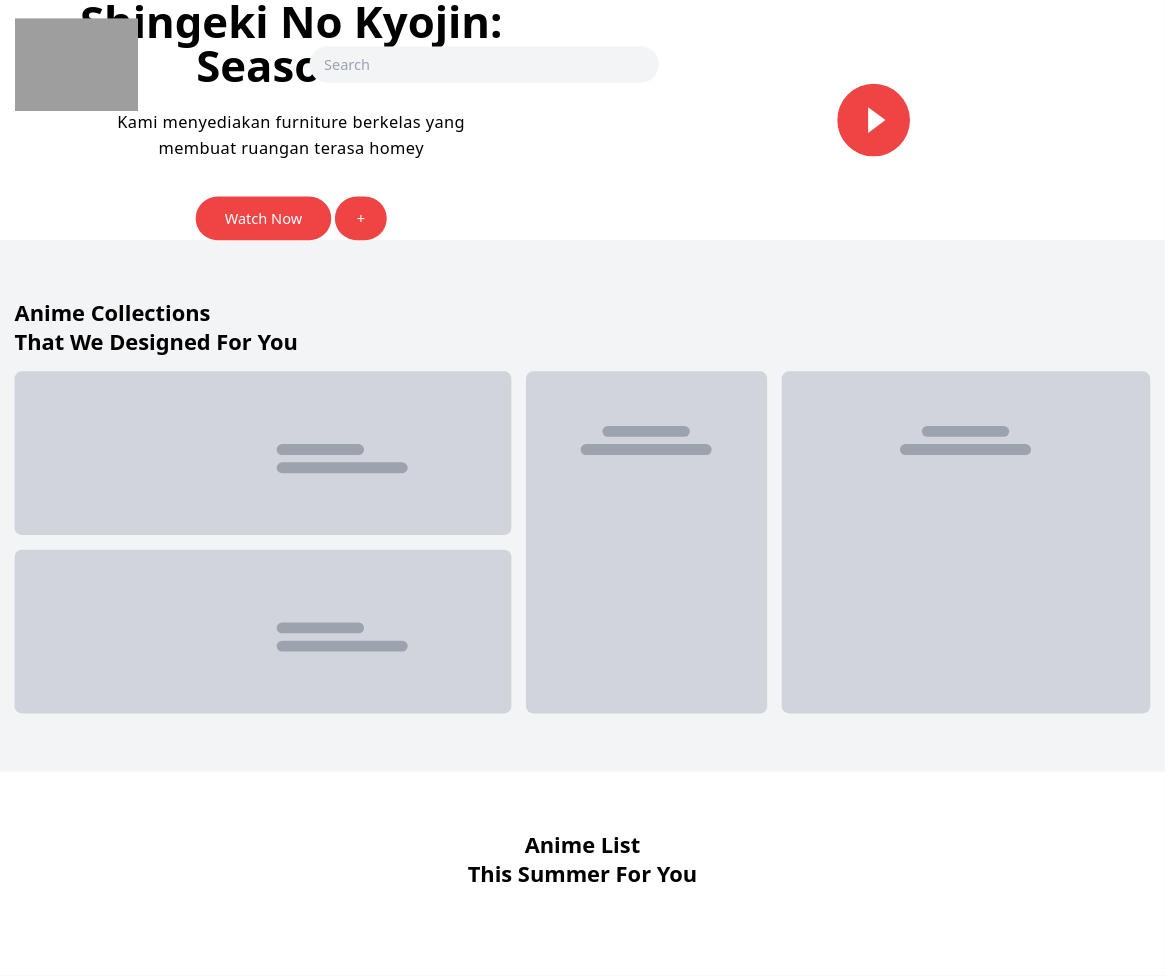
Repository: farrelmuhammad/anime-collections
Page: /
The author's editor kept a copy of each file at every save. The page is drawn from the files as they stood at one save, then again after the next save.
The browser window is 1280 px wide. The pictures show the whole page, at 91% of full size.
Pictures or frames that could not be fetched are drawn as grey boxes. The page's requests for data from a server got no answer. The project was rebuilt for these pictures with package versions that can differ from the ones it lists, and the page was loaded fresh each time. No one was signed in, and anything a server would have sent is missing. Also part of the build but not shown: src/App.css.

Above is the page before, as saved 2023-08-04 00:48:07.

After the next save:
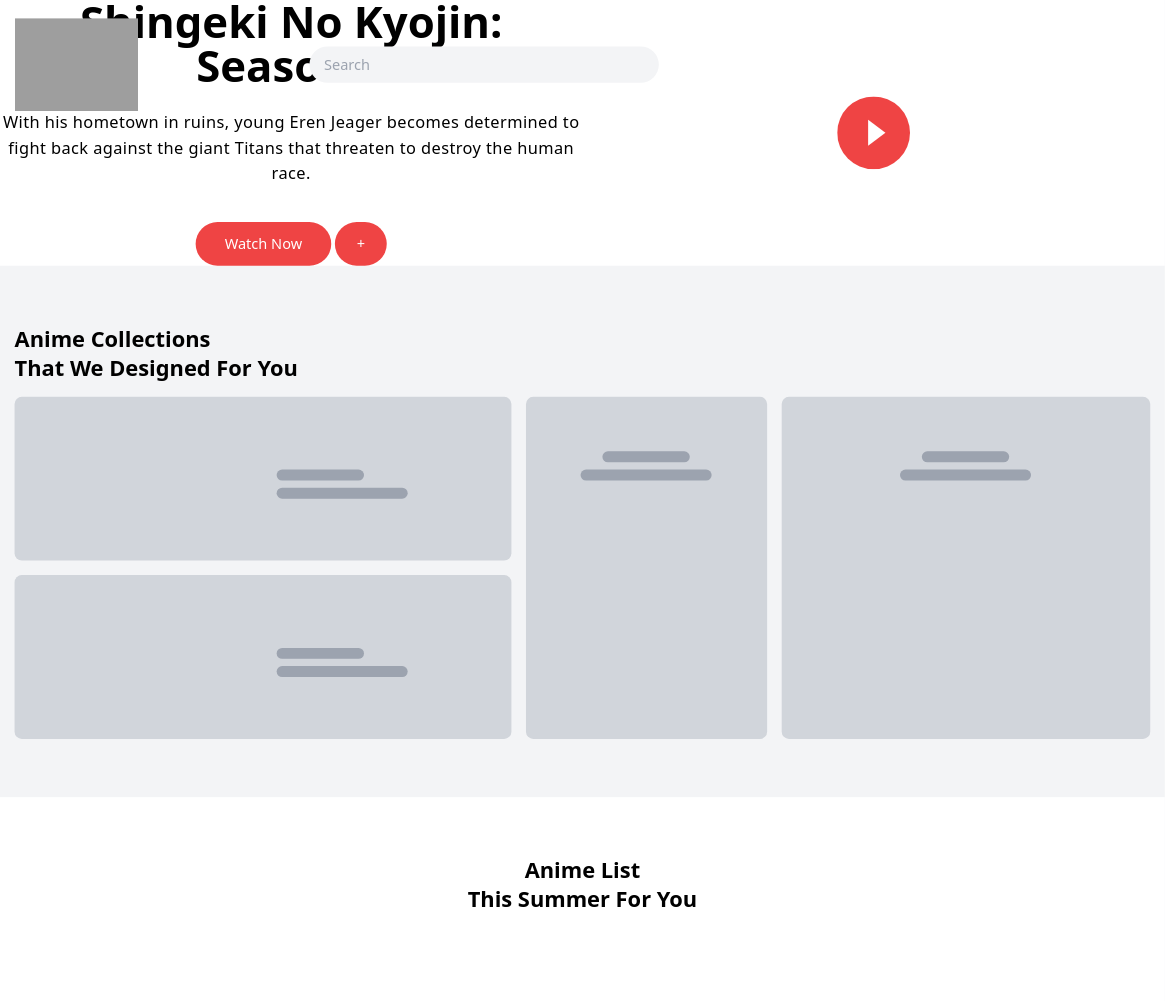
Saved 72 s later.
--- a/src/parts/Home/Hero.tsx
+++ b/src/parts/Home/Hero.tsx
@@ -26,10 +26,9 @@
                     Season 4
                 </h1>
                 <h2 className="px-8 text-base md:px-0 md:text-lg my-6 tracking-wide">
-                    Kami menyediakan furniture berkelas yang
-                    <br className="hidden lg:block" />
-                    membuat ruangan terasa homey
+                    With his hometown in ruins, young Eren Jeager becomes determined to fight back against the giant Titans that threaten to destroy the human race.
                 </h2>
+
                 <div>
                     <a
                         href="#browse-the-room"
